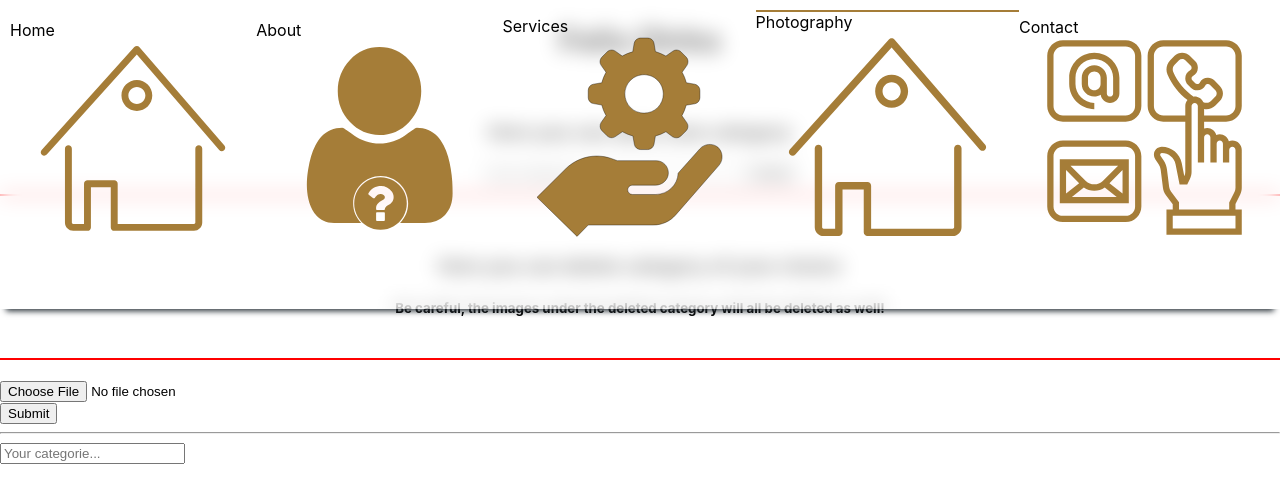
Repository: muhanad-musawi/backend-projekt-frondend
Page: /Photography (app in pohtographer/)
An editor plug-in stored every save of this project. The page is shown before and after the next save, followed by the edit.
The browser window is 1280 px wide. The pictures show the whole page.
The page's requests for data from a server got no answer. The project was rebuilt for these pictures with package versions that can differ from the ones it lists, and the page was loaded fresh each time. The framework's server and built-in components were replaced by stand-ins that run in the browser. No one was signed in, and anything a server would have sent is missing. Also part of the build but not shown: pohtographer/next.config.js, pohtographer/styles/Footer.module.css.

Above is the page before, as saved 2022-03-24 09:21:22.

After the next save:
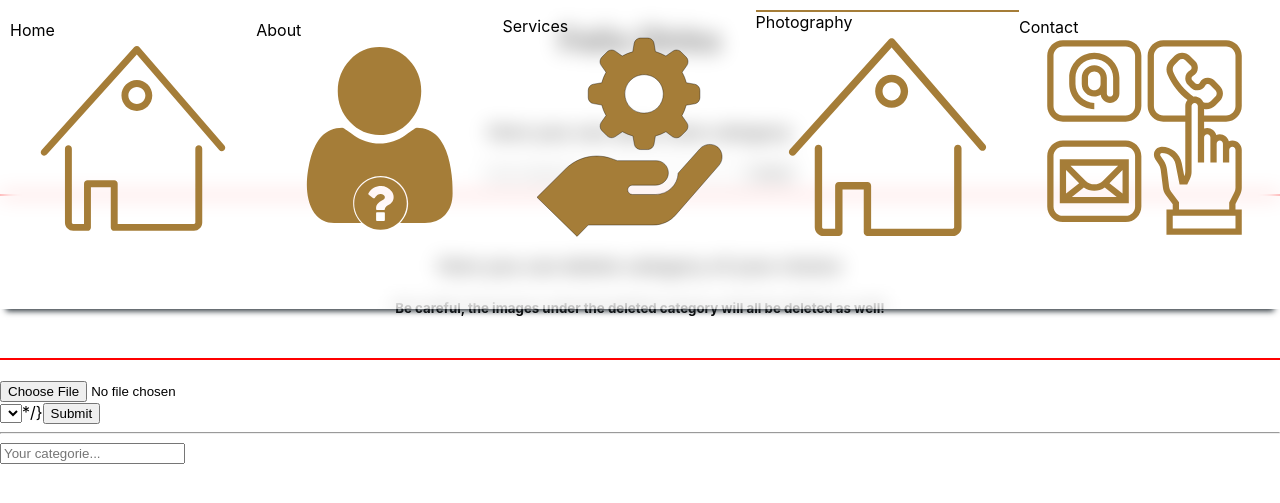
Saved 9 min 0 s later.
--- a/pohtographer/components/AddPhoto.jsx
+++ b/pohtographer/components/AddPhoto.jsx
@@ -61,7 +61,7 @@
           </div>
         )}
 
-        {/*
+
         <select onChange={(e)=>setPhotoCategorie(e.target.value)}>
           {categories.map((categorie, index) => <option key={index} value={categorie}>{categorie}</option>)}
         </select>
